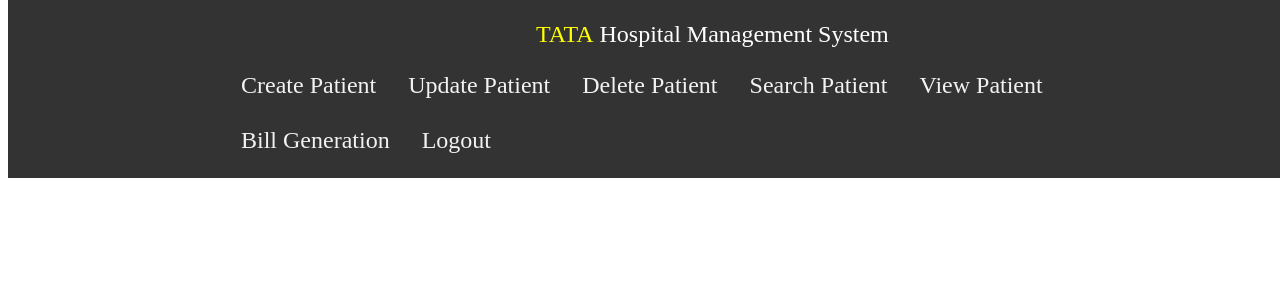
Repository: gopikavinod/RBM
Page: http://localhost/Hospital_Management_System/test.jsp
The author's editor kept a copy of each file at every save. The page is drawn from the files as they stood at one save, then again after the next save.
The browser window is 1280 px wide. The pictures show the whole page.
The page is served by Tomcat 9. Nobody is signed in. The application's start-up code is not run.

Above is the page before, as saved 2020-07-02 10:38:08.

After the next save:
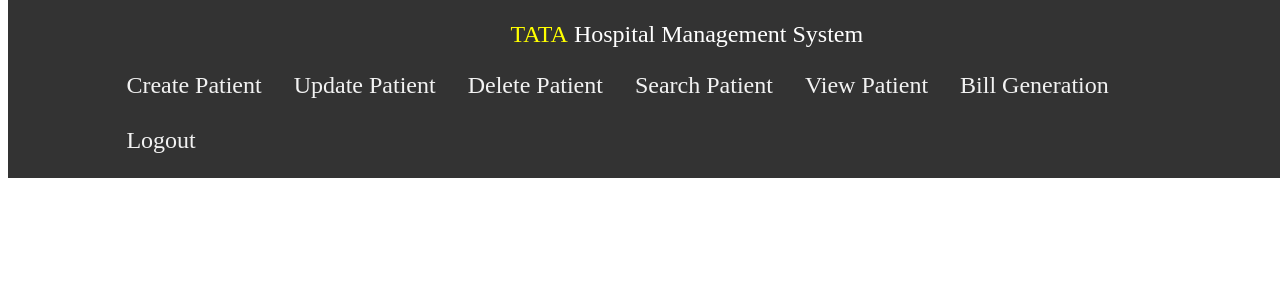
Saved 3 min 23 s later.
--- a/eclipse-workspace/Hospital Management System/WebContent/test.jsp
+++ b/eclipse-workspace/Hospital Management System/WebContent/test.jsp
@@ -13,7 +13,7 @@
         padding-bottom: 40px;
     }
     .container{
-        width: 80%;
+        width: 84%;
         margin: 0 auto; /* Center the DIV horizontally */
     }
     .fixed-header, .fixed-footer{
@@ -60,7 +60,7 @@
     .topnav {
   overflow: hidden;
   background-color: #333;
-  padding-left: 89px;
+
   font-size: x-large;
 }
 
